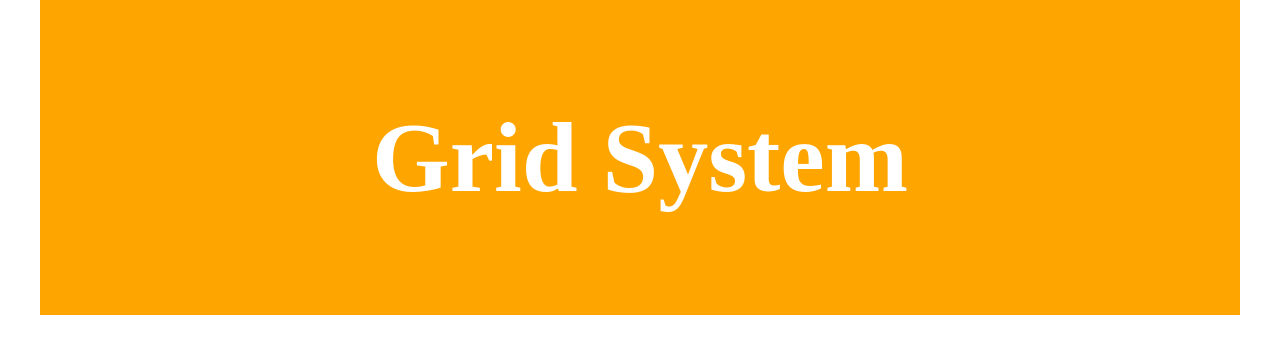
Repository: longtn213/Frond_end_HTML-CSS
Page: Front-End/DemoGrid/index.html
These files come from the project's save history. The page is drawn as it stood at one moment and after the next save; the edit follows.
The browser window is 1280 px wide. The pictures show the whole page.

Above is the page before, as saved 2021-09-21 15:30:13.

After the next save:
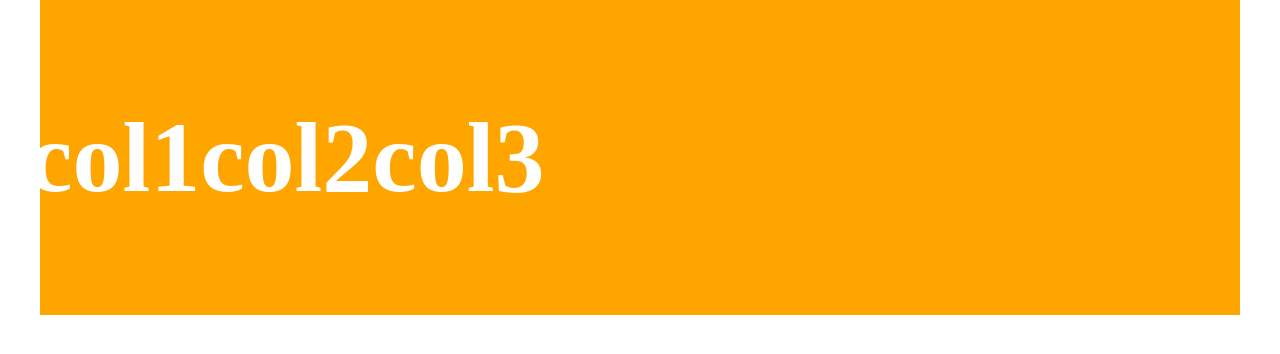
Saved 76 s later.
--- a/Front-End/DemoGrid/index.html
+++ b/Front-End/DemoGrid/index.html
@@ -25,7 +25,11 @@
 </head>
 <body>
     <div class="grid wide container">
-        <h1>Grid System</h1>
+        <div class="row">
+            <h1>col1</h1>
+            <h1>col2</h1>
+            <h1>col3</h1>
+        </div>
     </div>
 </body>
 </html>
